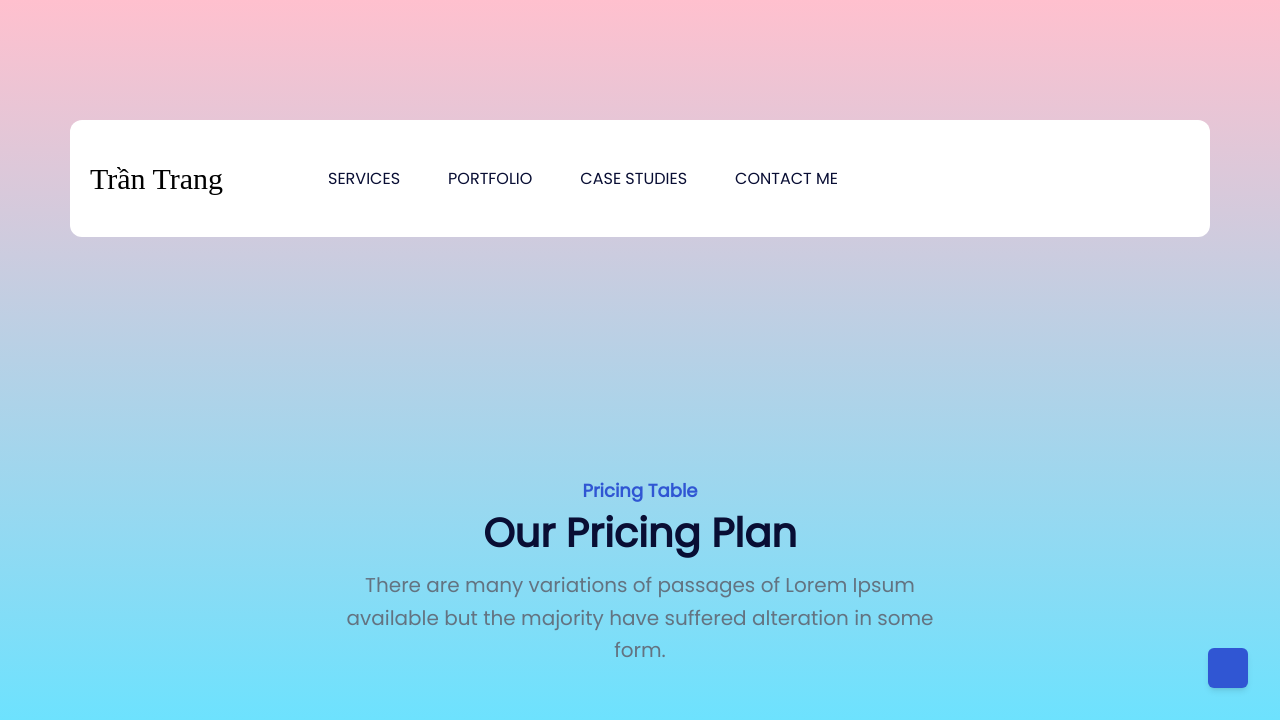
Repository: trantrang2101/CV
Page: index.html
The author's editor kept a copy of each file at every save. The page is drawn from the files as they stood at one save, then again after the next save.
The browser window is 1280 px wide. The pictures show the whole page.
An inner scrolling area shows only its first screen. Some web fonts or font styles are not loaded; a fallback is used.

Above is the page before, as saved 2022-07-13 19:13:57.
Console error: TypeError: Cannot read properties of null (reading 'offsetTop')

After the next save:
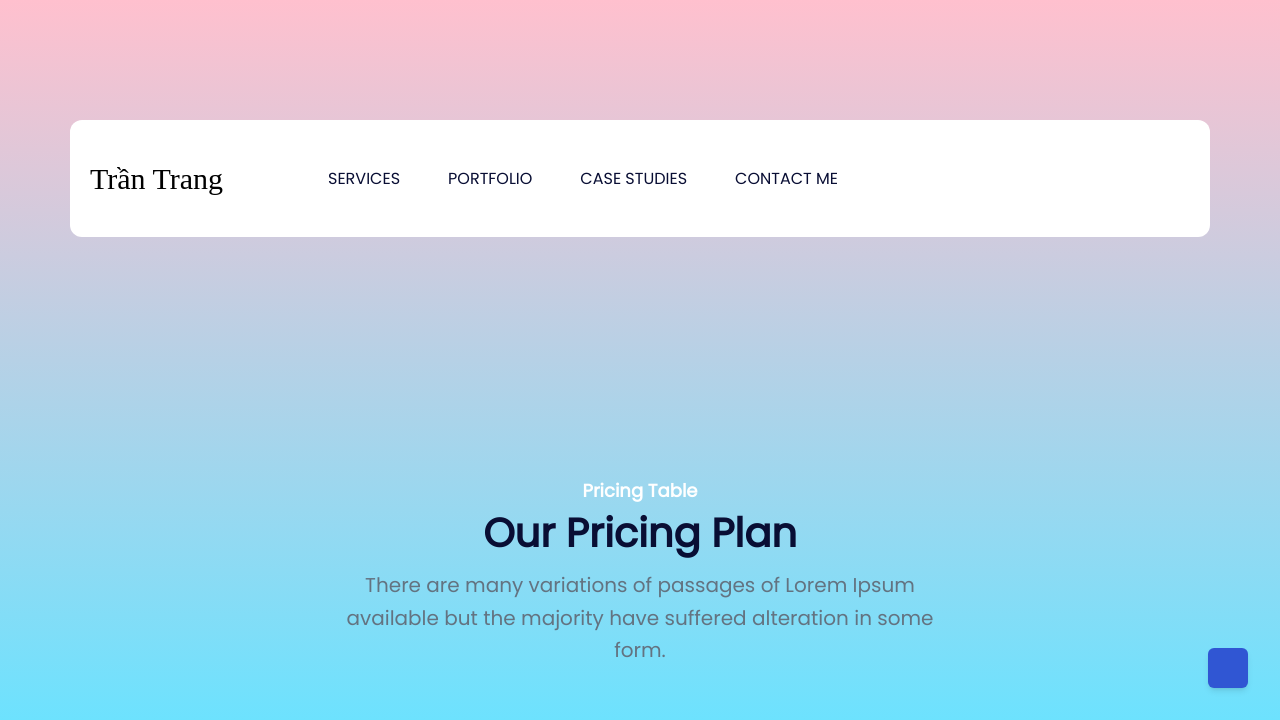
Saved 23 s later.
--- a/index.html
+++ b/index.html
@@ -78,7 +78,7 @@
             <div class="flex flex-wrap -mx-4">
                 <div class="w-full px-4">
                     <div class="text-center mx-auto mb-[60px] lg:mb-20 max-w-[620px]">
-                        <span class="font-semibold text-lg text-primary mb-2 block">
+                        <span class="font-semibold text-lg text-white mb-2 block">
                             Pricing Table
                         </span>
                         <h2 class="font-bold text-3xl sm:text-4xl md:text-[40px] text-dark mb-4">
